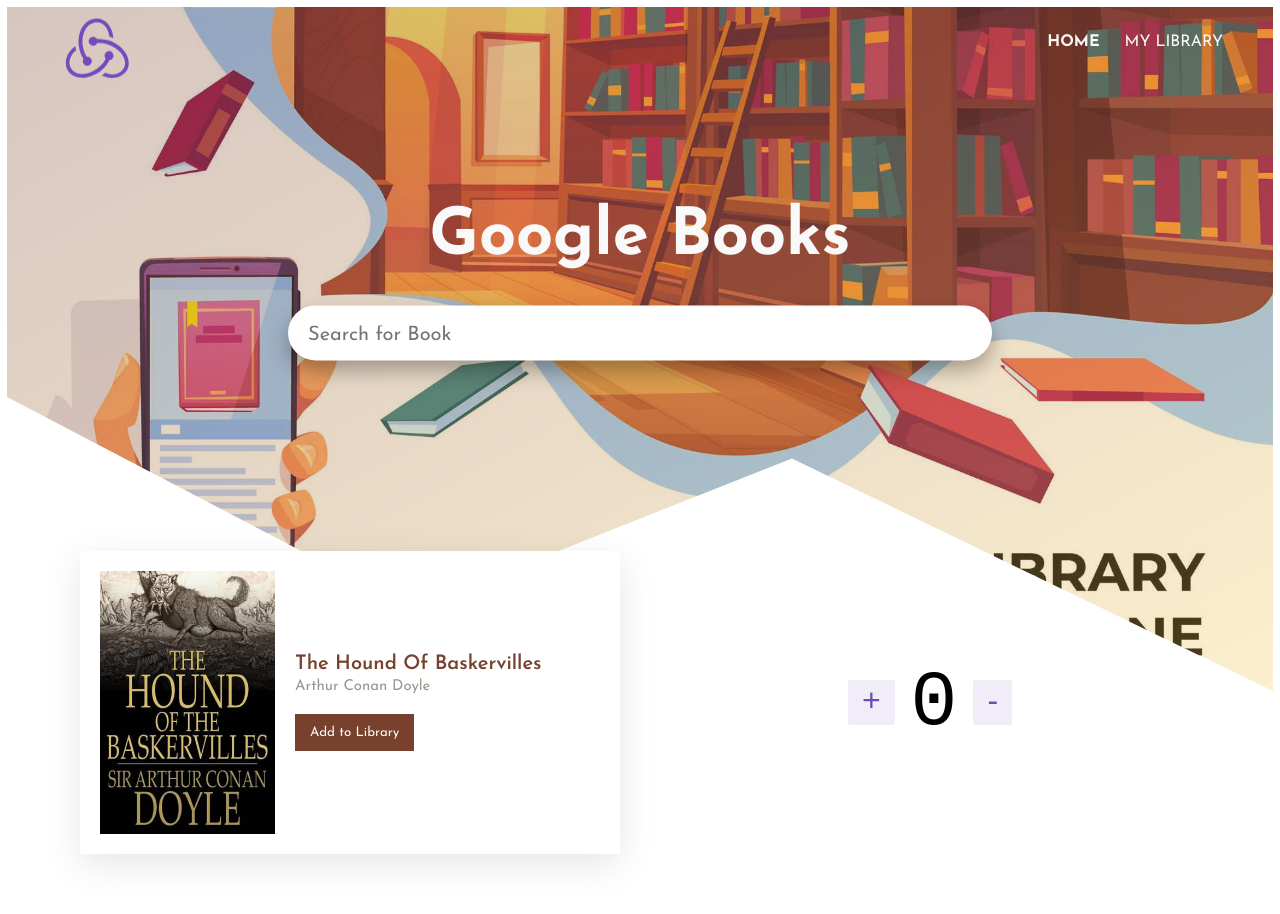
Repository: Kol124/react-book-library
Page: /
The author's editor kept a copy of each file at every save. The page is drawn from the files as they stood at one save, then again after the next save.
The browser window is 1280 px wide. The pictures show the whole page.
Backgrounds fixed to the window are drawn as part of the page. The project was rebuilt for these pictures with package versions that can differ from the ones it lists, and the page was loaded fresh each time. Also part of the build but not shown: src/components/BookCard.js, src/components/Library.js.

Above is the page before, as saved 2021-07-19 19:25:08.

### public/index.html
<!DOCTYPE html>
<html lang="en">
  <head>
    <meta charset="utf-8" />
    <link rel="icon" href="%PUBLIC_URL%/favicon.ico" />
    <meta name="viewport" content="width=device-width, initial-scale=1" />
    <meta name="theme-color" content="#000000" />
    <meta
      name="description"
      content="Web site created using create-react-app"
    />
    <link rel="apple-touch-icon" href="%PUBLIC_URL%/logo192.png" />
    <!--
      manifest.json provides metadata used when your web app is installed on a
      user's mobile device or desktop. See https://developers.google.com/web/fundamentals/web-app-manifest/
    -->
    <link rel="manifest" href="%PUBLIC_URL%/manifest.json" />
    <!--
      Notice the use of %PUBLIC_URL% in the tags above.
      It will be replaced with the URL of the `public` folder during the build.
      Only files inside the `public` folder can be referenced from the HTML.

      Unlike "/favicon.ico" or "favicon.ico", "%PUBLIC_URL%/favicon.ico" will
      work correctly both with client-side routing and a non-root public URL.
      Learn how to configure a non-root public URL by running `npm run build`.
    -->
    <link rel="stylesheet" href="all.min.css" />
    <title>React Redux App</title>
  </head>
  <body>
    <noscript>You need to enable JavaScript to run this app.</noscript>
    <div id="root"></div>
    <!--
      This HTML file is a template.
      If you open it directly in the browser, you will see an empty page.

      You can add webfonts, meta tags, or analytics to this file.
      The build step will place the bundled scripts into the <body> tag.

      To begin the development, run `npm start` or `yarn start`.
      To create a production bundle, use `npm run build` or `yarn build`.
    -->
  </body>
</html>

### src/index.css
@import url(fonts.css);

*,
*::before,
*::after {
  margin: 0;
  padding: 0;
  box-sizing: inherit;
}

html {
  scroll-behavior: smooth;
  box-sizing: border-box;
  font-size: 62.5%;
}

@media only screen and (max-width: 1024px) {
  html {
    font-size: 55.25%;
  }
}

@media only screen and (max-width: 480px) {
  html {
    font-size: 48%;
  }
}

body {
  font-family: Josefin Slab, "Lucida Sans", cursive;
  margin: 0.7rem;
}

a {
  color: #f9f9f9;
  text-decoration: none;
}

h1,
h2,
h3,
h4,
h5,
h6 {
  font-family: Josefin Sans, sans-serif;
}

p {
  color: #5f4e40;
}

/* .App-logo {
  height: 8.5vmin;
  pointer-events: none;
} */

@media (prefers-reduced-motion: no-preference) {
  .App-logo {
    animation: App-logo-float infinite 3s ease-in-out;
  }
}

@keyframes App-logo-float {
  0% {
    transform: translateY(0);
  }
  50% {
    transform: translateY(5px);
  }
  100% {
    transform: translateY(0px);
  }
}

### src/App.js
import React from "react";
import Home from "./components/Home";
import Header from "./components/Header";
import Library from "./components/Library";
import { BrowserRouter as Router, Switch, Route } from "react-router-dom";

function App() {
  return (
    <Router>
      <Header />
      <Switch>
        <Route exact path="/">
          <Home />
        </Route>
        <Route exact path="/Library">
          <Library />
        </Route>
      </Switch>
    </Router>
  );
}

export default App;

### src/app/store.js
import { configureStore } from "@reduxjs/toolkit";
import libraryReducer from "../features/library/librarySlice";
import counterReducer from "../features/counter/counterSlice";

export default configureStore({
  reducer: {
    library: libraryReducer,
    counter: counterReducer,
  },
});

### src/fonts.css
/* josefin-sans-300 - latin */
@font-face {
  font-family: "Josefin Sans";
  font-style: normal;
  font-weight: 300;
  src: url("./fonts/josefin-sans-v17-latin-300.eot"); /* IE9 Compat Modes */
  src: local(""),
    url("./fonts/josefin-sans-v17-latin-300.eot?#iefix")
      format("embedded-opentype"),
    /* IE6-IE8 */ url("./fonts/josefin-sans-v17-latin-300.woff2")
      format("woff2"),
    /* Super Modern Browsers */ url("./fonts/josefin-sans-v17-latin-300.woff")
      format("woff"),
    /* Modern Browsers */ url("./fonts/josefin-sans-v17-latin-300.ttf")
      format("truetype"),
    /* Safari, Android, iOS */
      url("./fonts/josefin-sans-v17-latin-300.svg#JosefinSans") format("svg"); /* Legacy iOS */
}
/* josefin-sans-regular - latin */
@font-face {
  font-family: "Josefin Sans";
  font-style: normal;
  font-weight: 400;
  src: url("./fonts/josefin-sans-v17-latin-regular.eot"); /* IE9 Compat Modes */
  src: local(""),
    url("./fonts/josefin-sans-v17-latin-regular.eot?#iefix")
      format("embedded-opentype"),
    /* IE6-IE8 */ url("./fonts/josefin-sans-v17-latin-regular.woff2")
      format("woff2"),
    /* Super Modern Browsers */
      url("./fonts/josefin-sans-v17-latin-regular.woff") format("woff"),
    /* Modern Browsers */ url("./fonts/josefin-sans-v17-latin-regular.ttf")
      format("truetype"),
    /* Safari, Android, iOS */
      url("./fonts/josefin-sans-v17-latin-regular.svg#JosefinSans")
      format("svg"); /* Legacy iOS */
}
/* josefin-sans-600 - latin */
@font-face {
  font-family: "Josefin Sans";
  font-style: normal;
  font-weight: 600;
  src: url("./fonts/josefin-sans-v17-latin-600.eot"); /* IE9 Compat Modes */
  src: local(""),
    url("./fonts/josefin-sans-v17-latin-600.eot?#iefix")
      format("embedded-opentype"),
    /* IE6-IE8 */ url("./fonts/josefin-sans-v17-latin-600.woff2")
      format("woff2"),
    /* Super Modern Browsers */ url("./fonts/josefin-sans-v17-latin-600.woff")
      format("woff"),
    /* Modern Browsers */ url("./fonts/josefin-sans-v17-latin-600.ttf")
      format("truetype"),
    /* Safari, Android, iOS */
      url("./fonts/josefin-sans-v17-latin-600.svg#JosefinSans") format("svg"); /* Legacy iOS */
}
/* josefin-sans-700 - latin */
@font-face {
  font-family: "Josefin Sans";
  font-style: normal;
  font-weight: 700;
  src: url("./fonts/josefin-sans-v17-latin-700.eot"); /* IE9 Compat Modes */
  src: local(""),
    url("./fonts/josefin-sans-v17-latin-700.eot?#iefix")
      format("embedded-opentype"),
    /* IE6-IE8 */ url("./fonts/josefin-sans-v17-latin-700.woff2")
      format("woff2"),
    /* Super Modern Browsers */ url("./fonts/josefin-sans-v17-latin-700.woff")
      format("woff"),
    /* Modern Browsers */ url("./fonts/josefin-sans-v17-latin-700.ttf")
      format("truetype"),
    /* Safari, Android, iOS */
      url("./fonts/josefin-sans-v17-latin-700.svg#JosefinSans") format("svg"); /* Legacy iOS */
}

/* josefin-slab-300 - latin */
@font-face {
  font-family: "Josefin Slab";
  font-style: normal;
  font-weight: 300;
  src: url("./fonts/josefin-slab-v13-latin-300.eot"); /* IE9 Compat Modes */
  src: local(""),
    url("./fonts/josefin-slab-v13-latin-300.eot?#iefix")
      format("embedded-opentype"),
    /* IE6-IE8 */ url("./fonts/josefin-slab-v13-latin-300.woff2")
      format("woff2"),
    /* Super Modern Browsers */ url("./fonts/josefin-slab-v13-latin-300.woff")
      format("woff"),
    /* Modern Browsers */ url("./fonts/josefin-slab-v13-latin-300.ttf")
      format("truetype"),
    /* Safari, Android, iOS */
      url("./fonts/josefin-slab-v13-latin-300.svg#JosefinSlab") format("svg"); /* Legacy iOS */
}
/* josefin-slab-regular - latin */
@font-face {
  font-family: "Josefin Slab";
  font-style: normal;
  font-weight: 400;
  src: url("./fonts/josefin-slab-v13-latin-regular.eot"); /* IE9 Compat Modes */
  src: local(""),
    url("./fonts/josefin-slab-v13-latin-regular.eot?#iefix")
      format("embedded-opentype"),
    /* IE6-IE8 */ url("./fonts/josefin-slab-v13-latin-regular.woff2")
      format("woff2"),
    /* Super Modern Browsers */
      url("./fonts/josefin-slab-v13-latin-regular.woff") format("woff"),
    /* Modern Browsers */ url("./fonts/josefin-slab-v13-latin-regular.ttf")
      format("truetype"),
    /* Safari, Android, iOS */
      url("./fonts/josefin-slab-v13-latin-regular.svg#JosefinSlab")
      format("svg"); /* Legacy iOS */
}
/* josefin-slab-600 - latin */
@font-face {
  font-family: "Josefin Slab";
  font-style: normal;
  font-weight: 600;
  src: url("./fonts/josefin-slab-v13-latin-600.eot"); /* IE9 Compat Modes */
  src: local(""),
    url("./fonts/josefin-slab-v13-latin-600.eot?#iefix")
      format("embedded-opentype"),
    /* IE6-IE8 */ url("./fonts/josefin-slab-v13-latin-600.woff2")
      format("woff2"),
    /* Super Modern Browsers */ url("./fonts/josefin-slab-v13-latin-600.woff")
      format("woff"),
    /* Modern Browsers */ url("./fonts/josefin-slab-v13-latin-600.ttf")
      format("truetype"),
    /* Safari, Android, iOS */
      url("./fonts/josefin-slab-v13-latin-600.svg#JosefinSlab") format("svg"); /* Legacy iOS */
}
/* josefin-slab-700 - latin */
@font-face {
  font-family: "Josefin Slab";
  font-style: normal;
  font-weight: 700;
  src: url("./fonts/josefin-slab-v13-latin-700.eot"); /* IE9 Compat Modes */
  src: local(""),
    url("./fonts/josefin-slab-v13-latin-700.eot?#iefix")
      format("embedded-opentype"),
    /* IE6-IE8 */ url("./fonts/josefin-slab-v13-latin-700.woff2")
      format("woff2"),
    /* Super Modern Browsers */ url("./fonts/josefin-slab-v13-latin-700.woff")
      format("woff"),
    /* Modern Browsers */ url("./fonts/josefin-slab-v13-latin-700.ttf")
      format("truetype"),
    /* Safari, Android, iOS */
      url("./fonts/josefin-slab-v13-latin-700.svg#JosefinSlab") format("svg"); /* Legacy iOS */
}

### src/components/Home.js
import React, { useState } from "react";
import ResultCard from "./ResultCard";
import axios from "axios";
import styled from "styled-components";

export default function Home() {
  const [query, setQuery] = useState("");
  const [results, setResults] = useState([]);

  const HandleChange = (e) => {
    setQuery(e.target.value);
  };

  function handleSubmit(e) {
    e.preventDefault();

    axios
      .get(
        ` https://www.googleapis.com/books/v1/volumes?q=${query}&maxResults=20`
      )
      .then((res) => {
        setResults(res.data.items);
        console.log(res.data.items);
      });
  }

  return (
    <>
      <HeroContent>
        <Heading>Google Books</Heading>
        <form onSubmit={handleSubmit}>
          <Search
            type="text"
            value={query}
            placeholder="Search for Book"
            onChange={HandleChange}
          />
        </form>
      </HeroContent>
      <Grid>
        {results &&
          results.map((book) => <ResultCard key={book.id} book={book} />)}
        <ResultCard />
      </Grid>
    </>
  );
}

const HeroContent = styled.div`
  position: absolute;
  width: 55%;
  top: 40%;
  left: 50%;
  margin: 0 auto;
  transform: translate(-50%, -50%);

  @media only screen and (max-width: 480px) {
    width: 75%;
  }
`;

const Heading = styled.h1`
  font-size: 6.5rem;
  color: #f9f9f9;
  margin-bottom: 5%;
  text-align: center;
`;

const Search = styled.input`
  font-family: "Josefin Sans", cursive, sans-serif;
  margin: 0 auto 1rem auto;
  height: 5.5rem;
  border: none;
  width: 100%;
  outline: none;
  font-size: 2rem;
  border-radius: 3rem;
  padding: 1.5rem 1rem 1rem 2rem;
  box-shadow: 0 10px 20px rgba(0, 0, 0, 0.3);
`;

const Grid = styled.main`
  grid-template-columns: repeat(2, 1fr);
  margin: -15rem auto 5rem auto;
  display: grid;
  grid-gap: 2rem;
  max-width: 114rem;

  @media only screen and (max-width: 768px) {
    grid-template-columns: 1fr;
  }
`;

### src/components/Header.js
import React from "react";
import Nav from "./Nav";
import styled from "styled-components";

const HeaderBackground = styled.header`
  height: 95vh;
  z-index: -100;
  position: relative;
  background-image: linear-gradient(
      to right bottom,
      rgba(120, 65, 46, 0.3),
      rgb(245, 203, 92, 0.3)
    ),
    url("/images/header-2.jpg");
  background-size: cover;
  background-position: top;
  background-repeat: no-repeat;
  background-attachment: fixed;
  clip-path: polygon(0 0, 100% 0, 100% 100%, 62% 66%, 32% 88%, 0 57%);

  @media only screen and (max-width: 480px) {
    height: 85vh;
  }
`;

const Header = () => {
  return (
    <>
      <Nav />
      <HeaderBackground />
    </>
  );
};

export default Header;

### src/features/library/librarySlice.js
import { createSlice } from "@reduxjs/toolkit";

export const librarySlice = createSlice({
  name: "library",
  initialState: {
    books: [],
  },
  reducer: {
    addBook: (books, action) => {
      books.push({
        id: action.payload.id,
        name: action.payload.name,
        author: action.payload.author,
        completed: false,
      });
      console.log("--> ", books);
    },

    removeBook: (books, action) => {
      books.filter((book) => book.id !== action.payload.id);
    },

    completeBook: (books, action) => {
      const index = books.findIndex((book) => book.id === action.payload.id);
      books[index].completed = !books[index].completed;
    },
  },
});

export const { addBook, removeBook, completeBook } = librarySlice.actions;
export const selectBook = (state) => state.library.books;

export default librarySlice.reducer;

### src/features/counter/counterSlice.js
import { createSlice } from "@reduxjs/toolkit";

export const counterSlice = createSlice({
  name: "counter",
  initialState: {
    value: 0,
    books: [],
  },
  reducers: {
    increment: (state) => {
      // Redux Toolkit allows us to write "mutating" logic in reducers. It
      // doesn't actually mutate the state because it uses the Immer library,
      // which detects changes to a "draft state" and produces a brand new
      // immutable state based off those changes
      state.value += 1;
    },
    decrement: (state) => {
      state.value -= 1;
    },
    addBook: (state, action) => {
      state.books.push({
        id: action.payload.id,
        title: action.payload.title,
        author: action.payload.author,
        completed: false,
      });
      console.log("--> ", state);
    },
  },
});

export const { increment, decrement, addBook } = counterSlice.actions;

export const selectCount = (state) => state.counter.value;
export const selectBooks = (state) => state.counter.books;

export default counterSlice.reducer;

### src/components/ResultCard.js
import React from "react";
import styled from "styled-components";
import { useSelector, useDispatch } from "react-redux";
import {
  addBook,
  increment,
  decrement,
  selectCount,
  selectBooks,
} from "../features/counter/counterSlice";
import styles from "../features/counter/Counter.module.css";

export const book = {
  id: 1,
  title: "The Hound of Baskervilles",
  author: "Arthur Conan Doyle",
};

const ResultCard = () => {
  const dispatch = useDispatch();
  const books = useSelector(selectBooks);
  const count = useSelector(selectCount);

  // const myBooks = books.find((myBook) => myBook.id === book.id);

  // const addBookDisabled = myBooks ? true : false;
  console.log(books);

  return (
    // <Card>
    //   {/* <a target={_blank} href={book.volumeInfo.previewLink}></a> */}
    //   {book.volumeInfo.imageLinks === undefined ? (
    //     <img
    //       src="https://via.placeholder.com/270x140/F5F5F5/AAAAAA/?text=No+Image+Available"
    //       alt={book.title}
    //     />
    //   ) : (
    //     <img src={book.volumeInfo.imageLinks.smallThumbnail} alt={book.title} />
    //   )}
    //   <div>
    //     <h2>{book.volumeInfo.title}</h2>
    //     <h4>{book.volumeInfo.authors}</h4>
    //     <span>{book.volumeInfo.pageCount} Pages</span>
    //     {book.searchInfo === undefined ? (
    //       <p>No Description Available.</p>
    //     ) : (
    //       <p>{book.searchInfo.textSnippet}</p>
    //     )}
    //     <Buttons>
    //       <button
    //         disabled={addBookDisabled}
    //         onClick={() => {
    //           dispatch(addBook(book));
    //         }}
    //       >
    //         Add to Library
    //       </button>
    //       {/* <button disabled="">Add to Completed</button> */}
    //     </Buttons>
    //   </div>
    // </Card>
    <>
      <Card>
        <img src="/images/book-03.jpg" alt="the hound of the baskervilles" />
        <div>
          <h2>{book.title}</h2>
          <h4>{book.author}</h4>
          <Buttons>
            <button
              // disabled={addBookDisabled}
              onClick={() => dispatch(addBook(book))}
            >
              Add to Library
            </button>
          </Buttons>
        </div>
      </Card>
      <div className={styles.row}>
        <button
          className={styles.button}
          aria-label="Increment value"
          onClick={() => dispatch(increment())}
        >
          +
        </button>
        <span className={styles.value}>{count}</span>
        <button
          className={styles.button}
          aria-label="Decrement value"
          onClick={() => dispatch(decrement())}
        >
          -
        </button>
      </div>
    </>
  );
};

const Card = styled.div`
  display: flex;
  box-shadow: 0 1rem 3.5rem rgba(0, 0, 0, 0.1);
  background-color: #fff;
  padding: 2rem;
  margin: 1rem;

  > img {
    width: 35%;
  }

  > div {
    display: flex;
    flex-direction: column;
    justify-content: center;
    margin-left: 2rem;

    h2 {
      color: #78412e;
      font-size: 2rem;
      font-weight: 600;
      margin-bottom: 0.5rem;
      text-transform: capitalize;
    }

    h4 {
      font-size: 1.5rem;
      color: #5f4e40;
      opacity: 0.6;
      font-weight: 400;
    }

    p {
      font-size: 1.4rem;
      font-weight: 600;
      letter-spacing: 1px;
    }

    span {
      margin: 0.9rem 0 1.2rem 0;
      font-size: 1.4rem;
      color: #dd6529;
      font-weight: bold;
    }
  }
`;

const Buttons = styled.div`
  display: flex;
  margin-top: 2rem;

  button {
    font-family: Josefin Sans, sans-serif;
    padding: 1.2rem 1.5rem;
    color: #f9f9f9;
    border: none;
    outline: none;
    cursor: pointer;
    transition: 0.3s ease;
    background-color: #78412e;

    &:first-of-type {
      margin-right: 2rem;
    }

    &:hover {
      background-color: #6c3a29;
    }

    @media only screen and (max-width: 768px) {
      font-size: 1.3rem;
    }
  }
`;

export default ResultCard;

### src/components/Nav.js
import React from "react";
import logo from "../logo.svg";
import styled from "styled-components";
import { Link as ReactRouterDomLink, useLocation } from "react-router-dom";

const Nav = () => {
  const { pathname } = useLocation();

  return (
    <Navigation>
      <Logo>
        <img src={logo} className="App-logo" alt="logo" />
      </Logo>

      <NavMenu>
        <li>
          <StyledLink to="/" isActive={pathname === "/"}>
            <span>Home</span>
          </StyledLink>
        </li>

        <li>
          <StyledLink to="/Library" isActive={pathname === "/Library"}>
            <span>My Library</span>
          </StyledLink>
        </li>
      </NavMenu>
    </Navigation>
  );
};

const Link = ({ isActive, children, ...props }) => {
  return <ReactRouterDomLink {...props}>{children}</ReactRouterDomLink>;
};

const Navigation = styled.nav`
  top: 0.7rem;
  right: 0.7rem;
  display: flex;
  margin: 0 auto;
  font-size: 1.6rem;
  position: absolute;
  /* background-color: green; */
  font-family: Josefin Sans, sans-serif;
  justify-content: space-between;
  align-items: center;
  max-width: 130rem;
  padding: 0 5rem;
  height: 7rem;
  left: 0.7rem;
  z-index: 3;
`;

const Logo = styled.a`
  padding: 0;
  width: 80px;
  font-size: 0;
  max-height: 7rem;
  display: inline-block;

  img {
    display: block;
    width: 100%;
  }
`;

const NavMenu = styled.div`
  text-transform: uppercase;
  list-style-type: none;
  position: relative;
  padding: 0px;
  margin: 0px;
  height: 100%;
  display: flex;
  align-items: center;
  flex-flow: row nowrap;
  justify-content: flex-end;

  li:first-of-type {
    margin-right: 2.5rem;
  }
`;

const StyledLink = styled(Link)`
  span {
    color: #f9f9f9;
    cursor: pointer;
    position: relative;
    text-decoration: none;
    font-weight: ${(p) => (p.isActive ? "700" : "500")};

    &:before {
      background-color: rgb(249, 249, 249);
      border-radius: 0px 0px 4px 4px;
      position: absolute;
      bottom: -6px;
      content: "";
      height: 2px;
      opacity: 0;
      left: 0px;
      right: 0px;
      width: auto;
      visibility: hidden;
      transform: scaleX(0);
      transform-origin: left center;
      transition: all 250ms cubic-bezier(0.25, 0.46, 0.45, 0.94) 0s;
    }
  }

  &:hover {
    span:before {
      transform: scaleX(1);
      visibility: visible;
      opacity: 1 !important;
    }
  }
`;

export default Nav;

### src/features/counter/Counter.module.css
.row {
  display: flex;
  align-items: center;
  justify-content: center;
}

.row:not(:last-child) {
  margin-bottom: 16px;
}

.value {
  font-size: 78px;
  padding-left: 16px;
  padding-right: 16px;
  margin-top: 2px;
  font-family: 'Courier New', Courier, monospace;
}

.button {
  appearance: none;
  background: none;
  font-size: 32px;
  padding-left: 12px;
  padding-right: 12px;
  outline: none;
  border: 2px solid transparent;
  color: rgb(112, 76, 182);
  padding-bottom: 4px;
  cursor: pointer;
  background-color: rgba(112, 76, 182, 0.1);
  border-radius: 2px;
  transition: all 0.15s;
}

.textbox {
  font-size: 32px;
  padding: 2px;
  width: 64px;
  text-align: center;
  margin-right: 8px;
}

.button:hover, .button:focus {
  border: 2px solid rgba(112, 76, 182, 0.4);
}

.button:active {
  background-color: rgba(112, 76, 182, 0.2);
}

.asyncButton {
  composes: button;
  position: relative;
  margin-left: 8px;
}

.asyncButton:after {
  content: "";
  background-color: rgba(112, 76, 182, 0.15);
  display: block;
  position: absolute;
  width: 100%;
  height: 100%;
  left: 0;
  top: 0;
  opacity: 0;
  transition: width 1s linear, opacity 0.5s ease 1s;
}

.asyncButton:active:after {
  width: 0%;
  opacity: 1;
  transition: 0s
}

Loaded but not shown: src/index.js (common file); src/serviceWorker.js (common file); public/all.min.css (library)

After the next save:
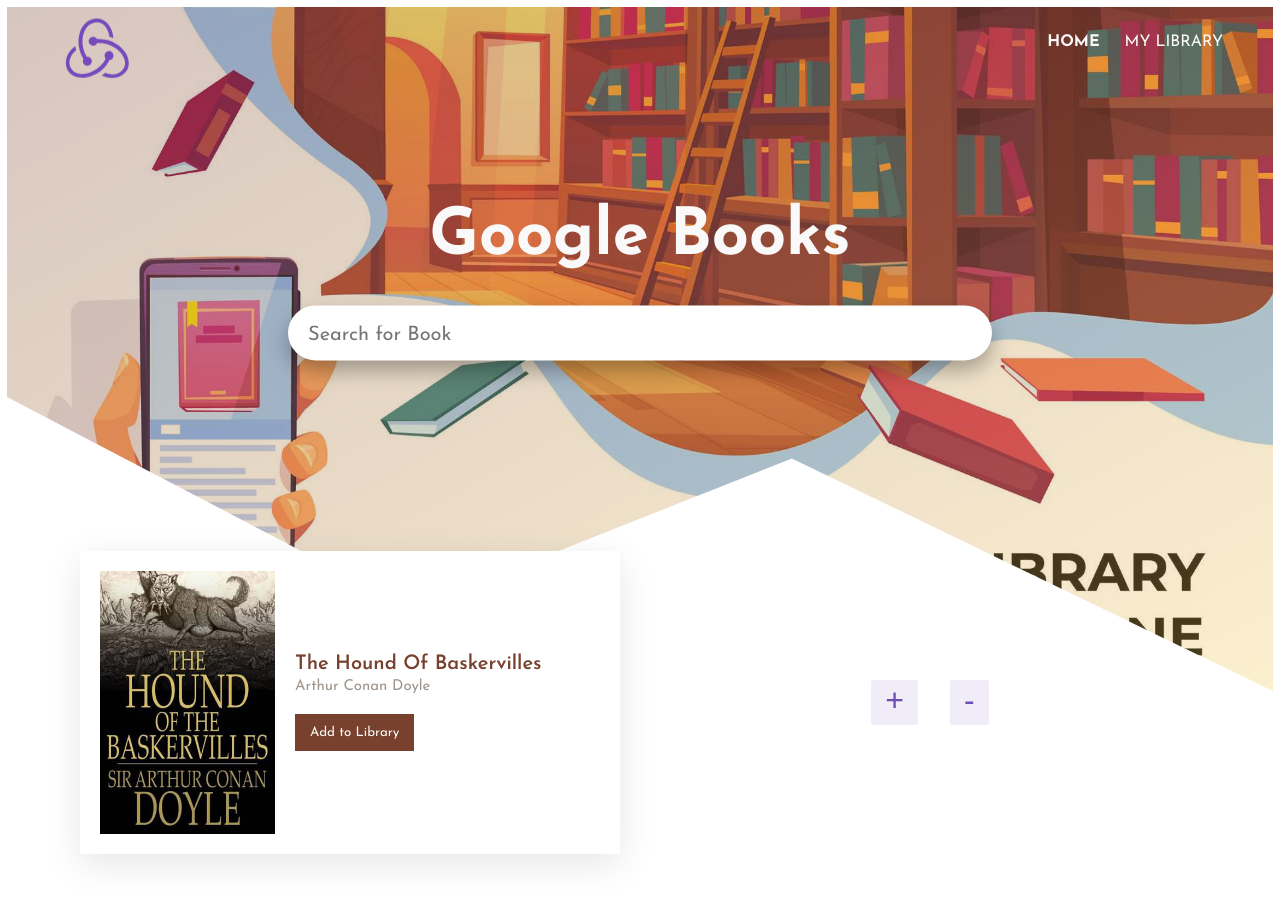
Saved 99 s later.
--- a/src/features/counter/counterSlice.js
+++ b/src/features/counter/counterSlice.js
@@ -1,7 +1,7 @@
 import { createSlice } from "@reduxjs/toolkit";
 
-export const counterSlice = createSlice({
-  name: "counter",
+export const librarySlice = createSlice({
+  name: "library",
   initialState: {
     value: 0,
     books: [],
@@ -29,9 +29,9 @@
   },
 });
 
-export const { increment, decrement, addBook } = counterSlice.actions;
+export const { increment, decrement, addBook } = librarySlice.actions;
 
-export const selectCount = (state) => state.counter.value;
-export const selectBooks = (state) => state.counter.books;
+export const selectCount = (state) => state.library.value;
+export const selectBooks = (state) => state.library.books;
 
-export default counterSlice.reducer;
+export default librarySlice.reducer;
